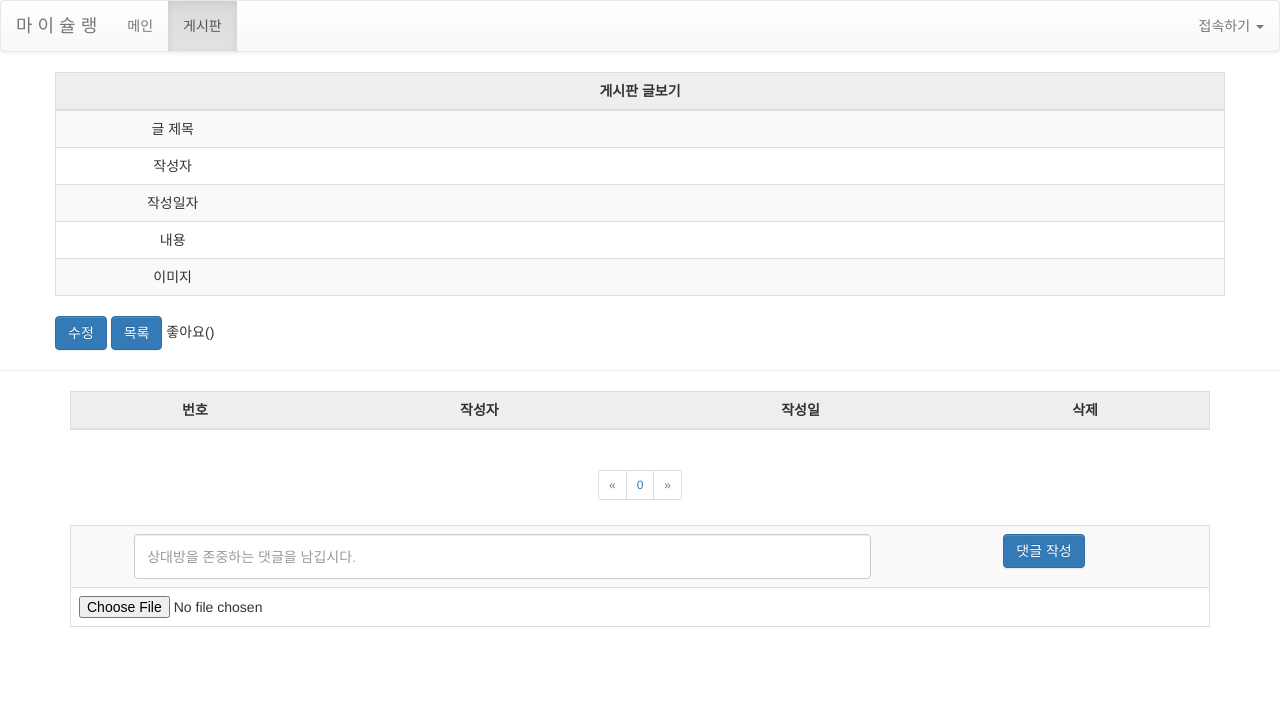
Repository: serendipity63/mychelin
Page: http://localhost/board/WEB-INF/views/detailform.jsp
These files come from the project's save history. The page is drawn as it stood at one moment and after the next save; the edit follows.
The browser window is 1280 px wide. The pictures show the whole page.
Some web libraries are served in a nearby version. The page is served by Tomcat 9. Nobody is signed in. The template is opened directly, without the code that normally fills it, so the values that code supplies are empty.

Above is the page before, as saved 2024-01-12 02:37:32.
Console error (its wording comes from the project's code and is left out).

After the next save:
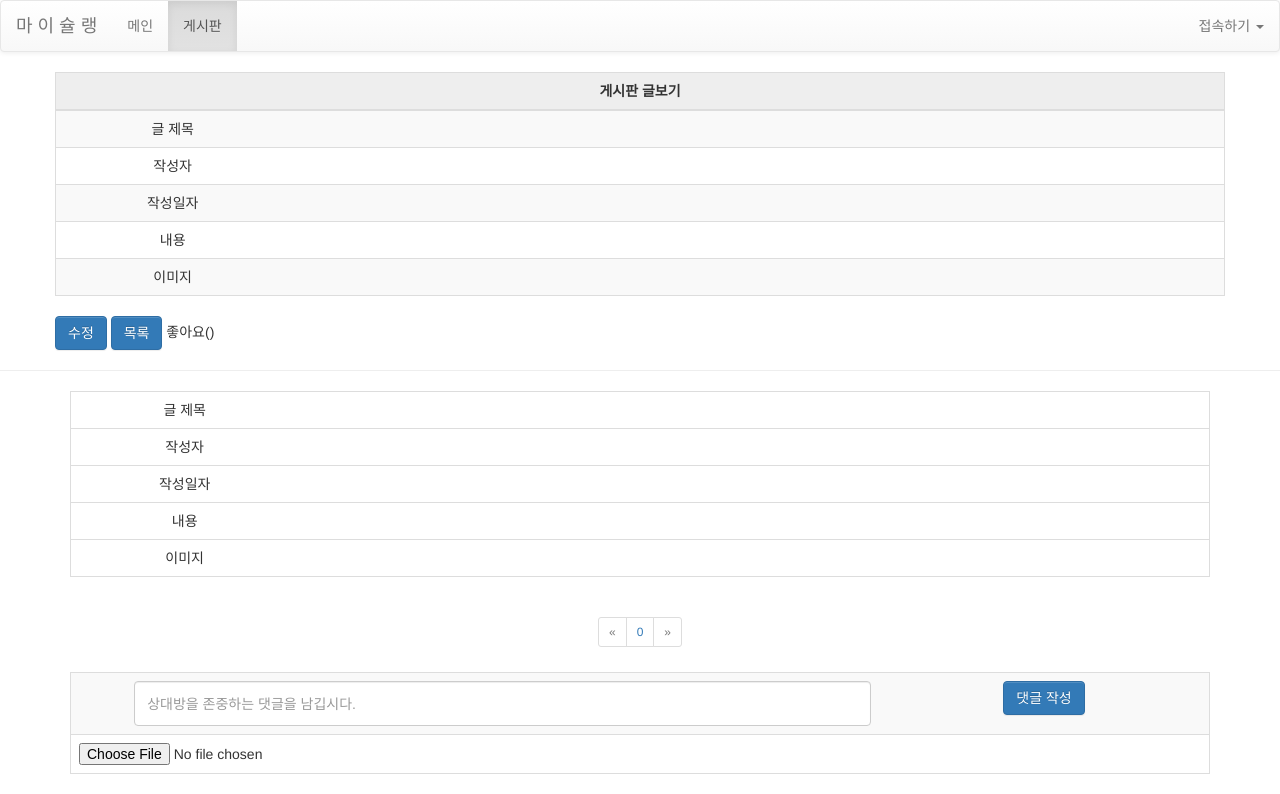
Saved 96 s later.
--- a/board/src/main/webapp/WEB-INF/views/detailform.jsp
+++ b/board/src/main/webapp/WEB-INF/views/detailform.jsp
@@ -198,11 +198,36 @@
 			style="text-align: center; border: 1px solid #dddddd">
 			<thead>
 				<tr>
-					<th style="background-color: #eeeeee; text-align: center;">번호</th>
-					<th style="background-color: #eeeeee; text-align: center;">작성자</th>
-					<th style="background-color: #eeeeee; text-align: center;">작성일</th>
-					<th style="background-color: #eeeeee; text-align: center;">삭제</th>
-				</tr>
+
+						<td style="width: 20%;">글 제목</td>
+						<td colspan="2" style="text-align: left;">${board.subject }</td>
+					</tr>
+					<tr>
+
+						<td>작성자</td>
+						<td colspan="2" style="text-align: left;">${board.writer }</td>
+					</tr>
+					<tr>
+
+						<td>작성일자</td>
+						<td colspan="2" style="text-align: left;">${board.writedate }</td>
+					</tr>
+					<tr>
+						<td>내용</td>
+						<td colspan="2" style="min-height: 200px; text-align: left;">${board.content }
+						</td>
+					</tr>
+					<tr>
+						<td>이미지</td>
+						<td colspan="2" style="min-height: 200px; text-align: left;"><c:choose>
+								<c:when test="${board.fileurl ne null}">
+									<img src="${contextPath }/image/${board.fileurl}" width="100px"
+										height="100px" />
+								</c:when>
+
+							</c:choose></td>
+
+					</tr>
 			</thead>
 			<tbody>
 				<c:forEach items="${boardList}" var="board">
